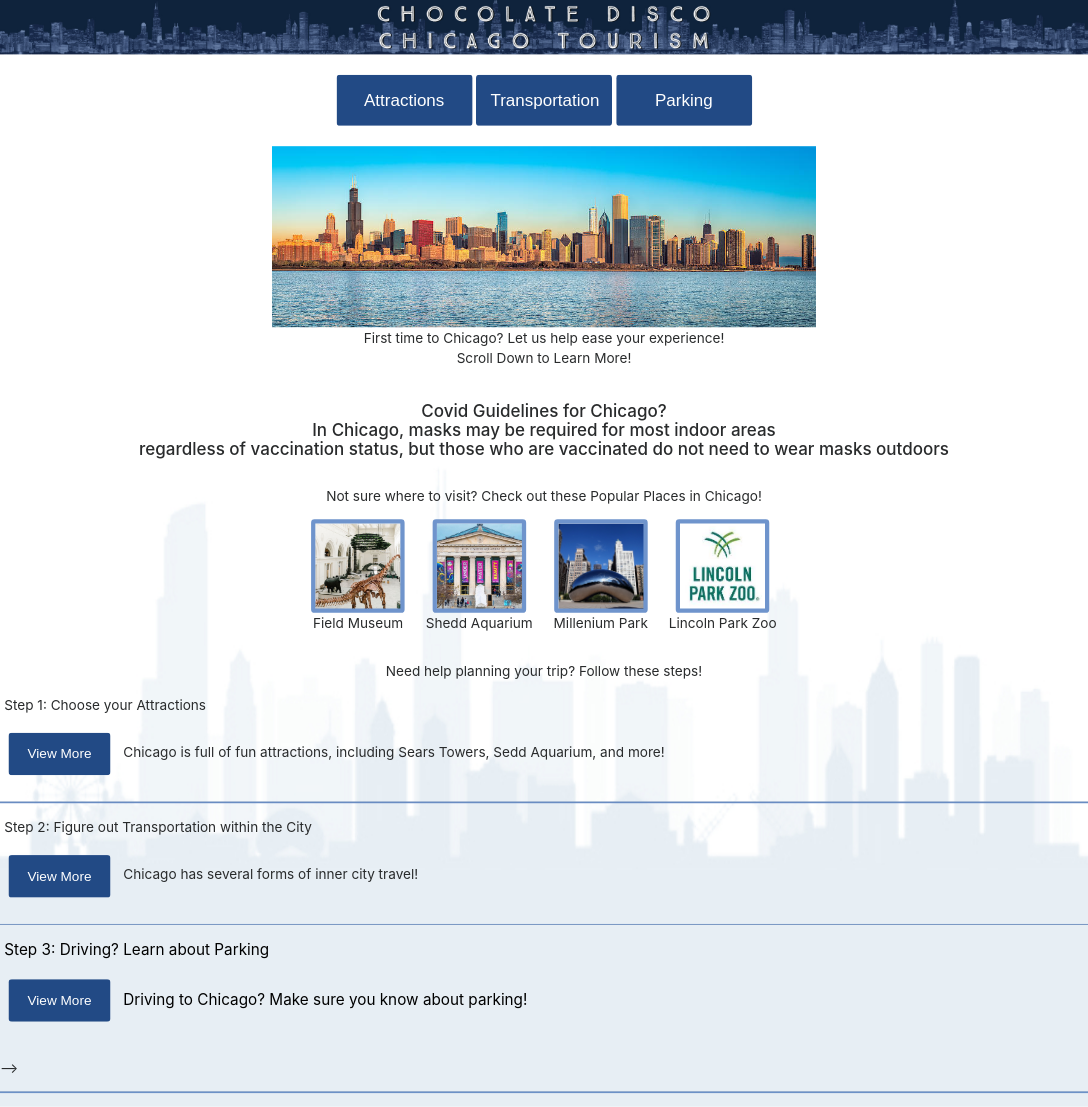
Repository: rkodit2/cs422project
Page: homepage.html
The author's editor kept a copy of each file at every save. The page is drawn from the files as they stood at one save, then again after the next save.
The browser window is 1280 px wide. The pictures show the whole page, at 85% of full size.

Above is the page before, as saved 2021-11-26 13:52:13.

After the next save:
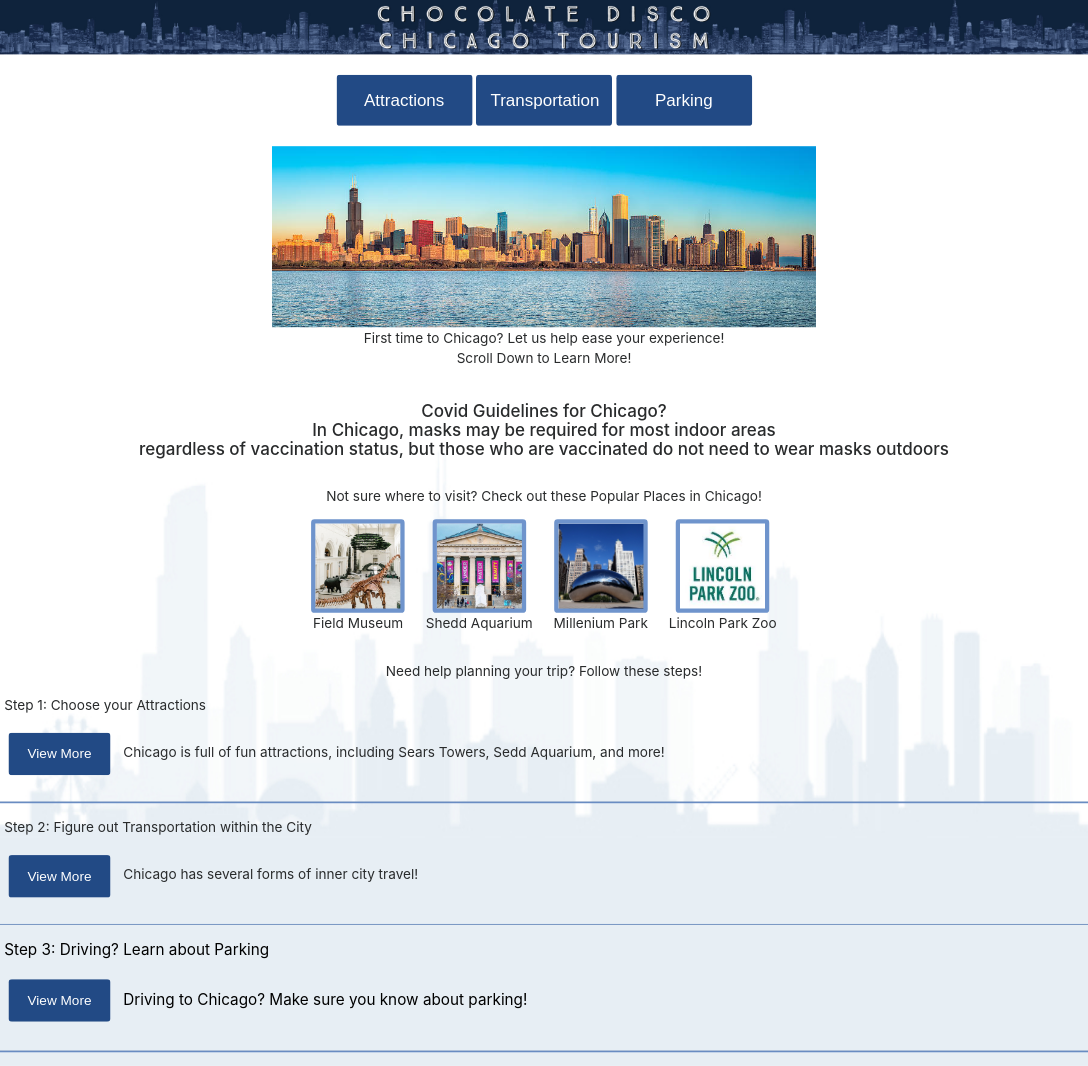
Saved 20 s later.
--- a/homepage.html
+++ b/homepage.html
@@ -94,7 +94,7 @@
       </span>
     </div>
 
-    <!-- <br> --><br> -->
+    <!-- <br> -->
     <hr style="background-color: rgb(111, 148, 204); height: .5px">
     <!-- <br>
     <p style = "padding-left: 5px;">Step 4: Covid Guidelines</p>
